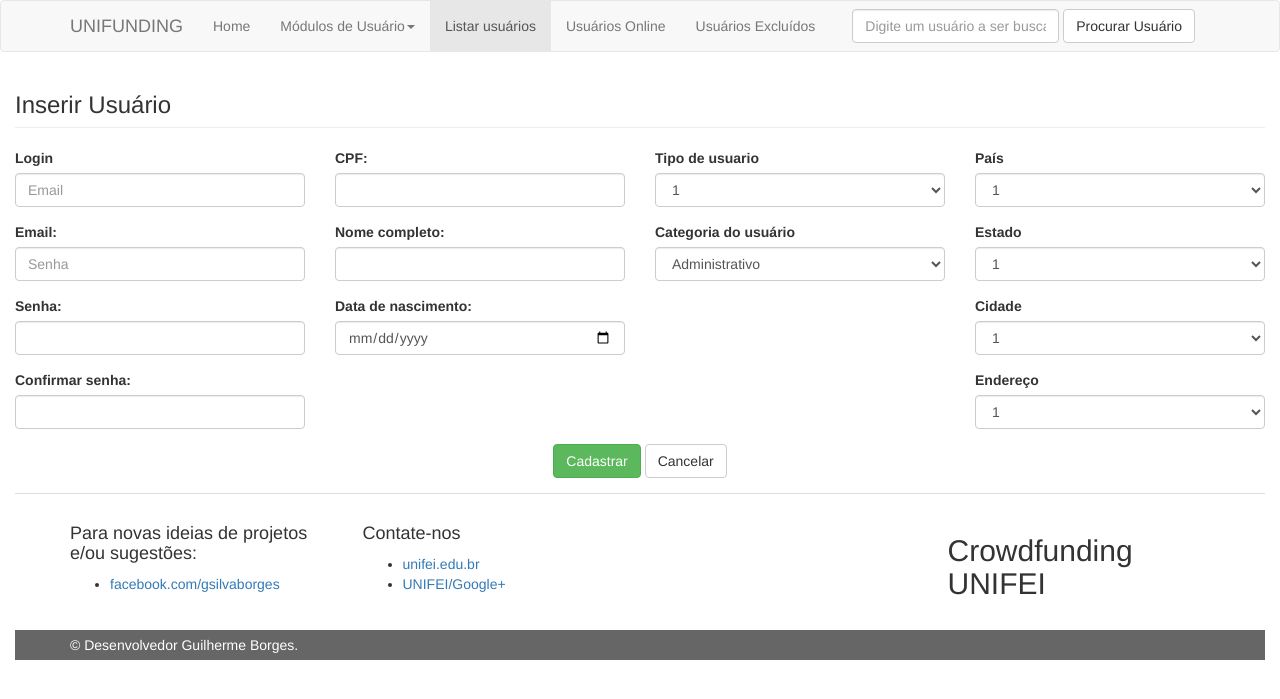
Repository: kayque-willy/COM212-crowdfunding
Page: http://localhost/database/application/views/CRUD_usuario/addUSUARIO.php
The author's editor kept a record of every edit. The page is drawn from the files as they stood at one moment, then again after the next edit.
The browser window is 1280 px wide. The pictures show the whole page.
The page is run by PHP 8.4 with error messages shown; the project is at /var/www/html/.

Above is the page before.
Console error: TypeError: $(...).multiselect is not a function

After the next edit:
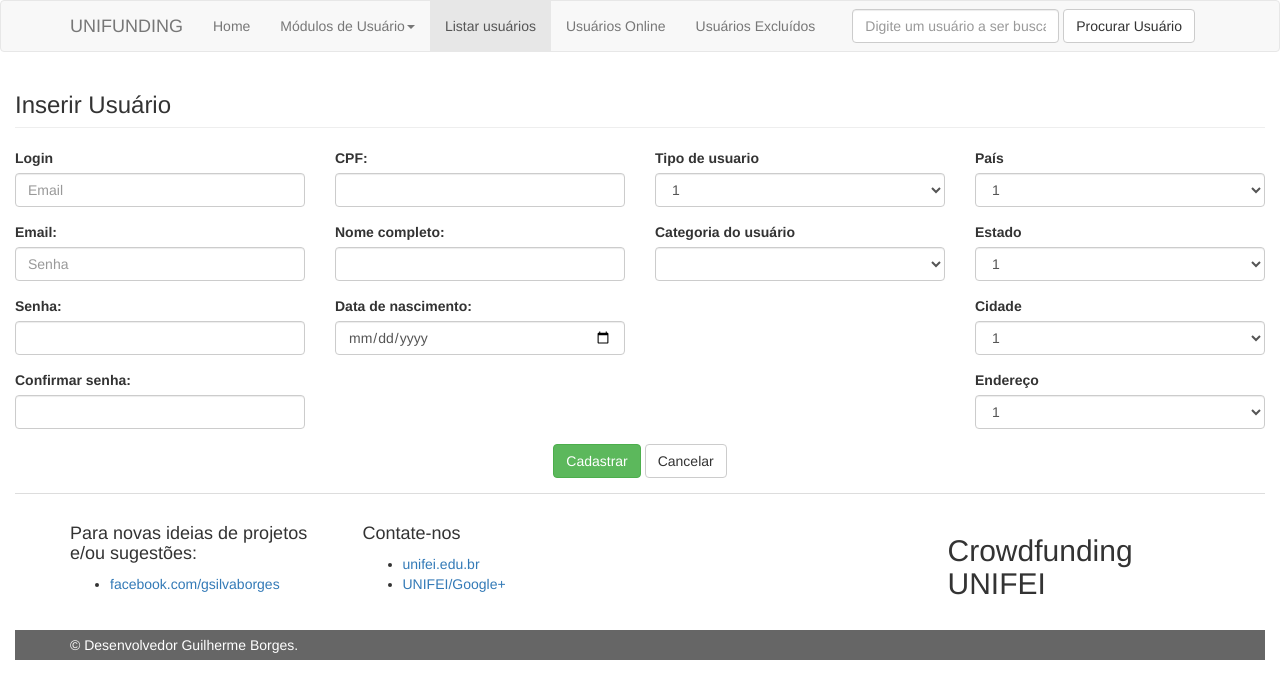
The edit:
--- a/application/views/CRUD_usuario/addUSUARIO.php
+++ b/application/views/CRUD_usuario/addUSUARIO.php
@@ -105,11 +105,7 @@
                             <div class="form-group">
                                 <label class="control-label">Categoria do usuário</label>
                                 <select name="categoria" class="form-control">
-                                    <option>Administrativo</li>
-                                    <option>Usuário Público</li>
-                                    <option>Gestor de Projetos</li>
-                                    <option>Avaliador de Projetos</li>
-                                    <option>Financiador Acadêmico</li>
+
                                 </select>
                             </div>
                     </div>
